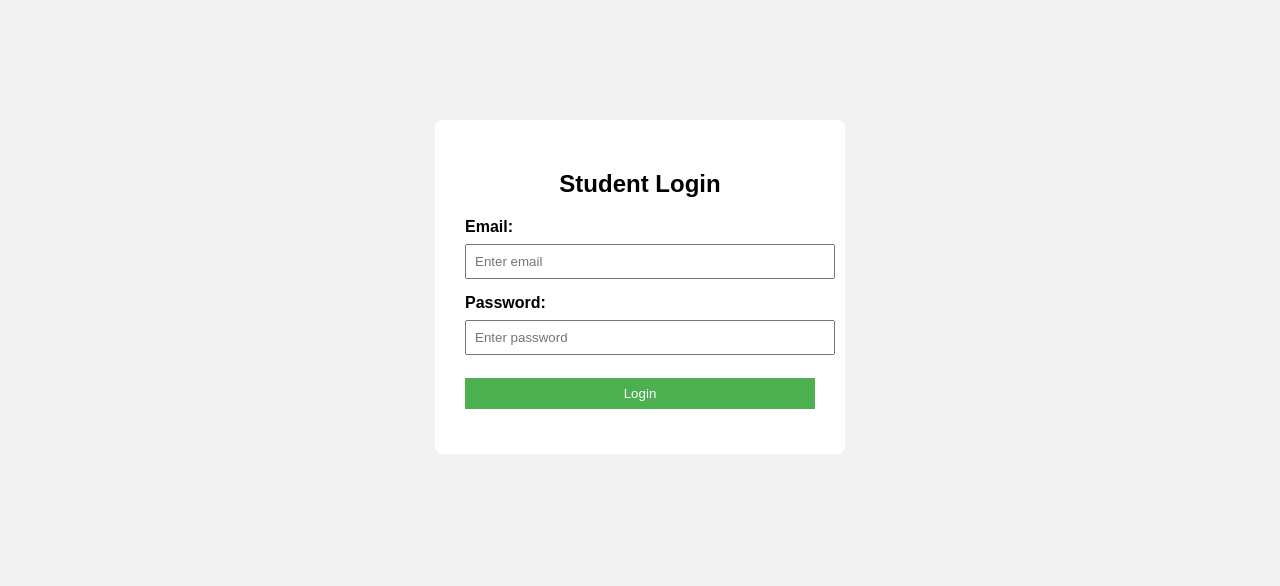
Repository: Tanvisalunkhe/Java_Codes
Page: demo/src/main/webapp/login.html
The author's editor kept a copy of each file at every save. The page is drawn from the files as they stood at one save, then again after the next save.
The browser window is 1280 px wide. The pictures show the whole page.

Above is the page before, as saved 2025-12-26 06:51:24.

### demo/src/main/webapp/login.html
<!DOCTYPE html>
<html>
<head>
    <title>Login Page</title>
    <style>
        body {
            font-family: Arial, sans-serif;
            background-color: #f2f2f2;
        }
        /* Navbar */
        .navbar {
            background-color: #1f3c88; /* Dark Blue */
            padding: 15px 40px;
            display: flex;
            justify-content: space-between;
            align-items: center;
        }

        .navbar h1 {
            color: white;
            font-size: 22px;
        }

        .navbar ul {
            list-style: none;
            display: flex;
        }

        .navbar ul li {
            margin-left: 25px;
        }

        .navbar ul li a {
            color: white;
            text-decoration: none;
            font-size: 16px;
            padding: 6px 10px;
        }

        .navbar ul li a:hover {
            background-color: #ffffff;
            color: #1f3c88;
            border-radius: 4px;
        }
        .container {
            width: 350px;
            margin: 120px auto;
            background: white;
            padding: 30px;
            border-radius: 8px;
        }
        h2 {
            text-align: center;
        }
        label {
            font-weight: bold;
        }
        input {
            width: 100%;
            padding: 8px;
            margin: 8px 0 15px 0;
        }
        input[type="submit"] {
            background-color: #4CAF50;
            color: white;
            border: none;
            cursor: pointer;
        }
        input[type="submit"]:hover {
            background-color: #45a049;
        }
         /* Footer */
        footer {
            background-color: #1f3c88;
            color: white;
            text-align: center;
            padding: 15px;
            margin-top: auto;
        }
    </style>
</head>

<body>

<div class="container">
    <h2>Student Login</h2>

    <form action="login" method="post">
        <label>Email:</label>
        <input type="email" name="email" placeholder="Enter email" required>

        <label>Password:</label>
        <input type="password" name="pass" placeholder="Enter password" required>

        <input type="submit" value="Login">
    </form>
</div>

</body>
</html>

After the next save:
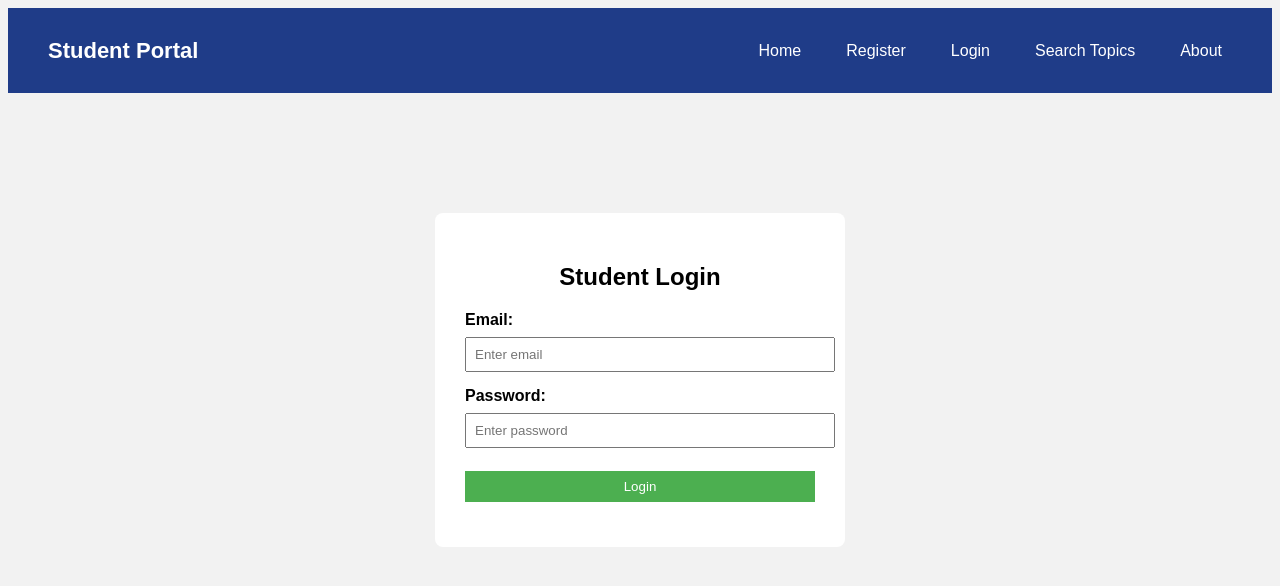
Saved 14 s later.
--- a/demo/src/main/webapp/login.html
+++ b/demo/src/main/webapp/login.html
@@ -81,6 +81,17 @@
 </head>
 
 <body>
+ <!-- Navigation Bar -->
+    <div class="navbar">
+        <h1>Student Portal</h1>
+        <ul>
+            <li><a href="Home.html">Home</a></li>
+            <li><a href="register.html">Register</a></li>
+            <li><a href="login.html">Login</a></li>
+            <li><a href="Search.html">Search Topics</a></li>
+            <li><a href="">About</a></li>
+        </ul>
+    </div>
 
 <div class="container">
     <h2>Student Login</h2>
